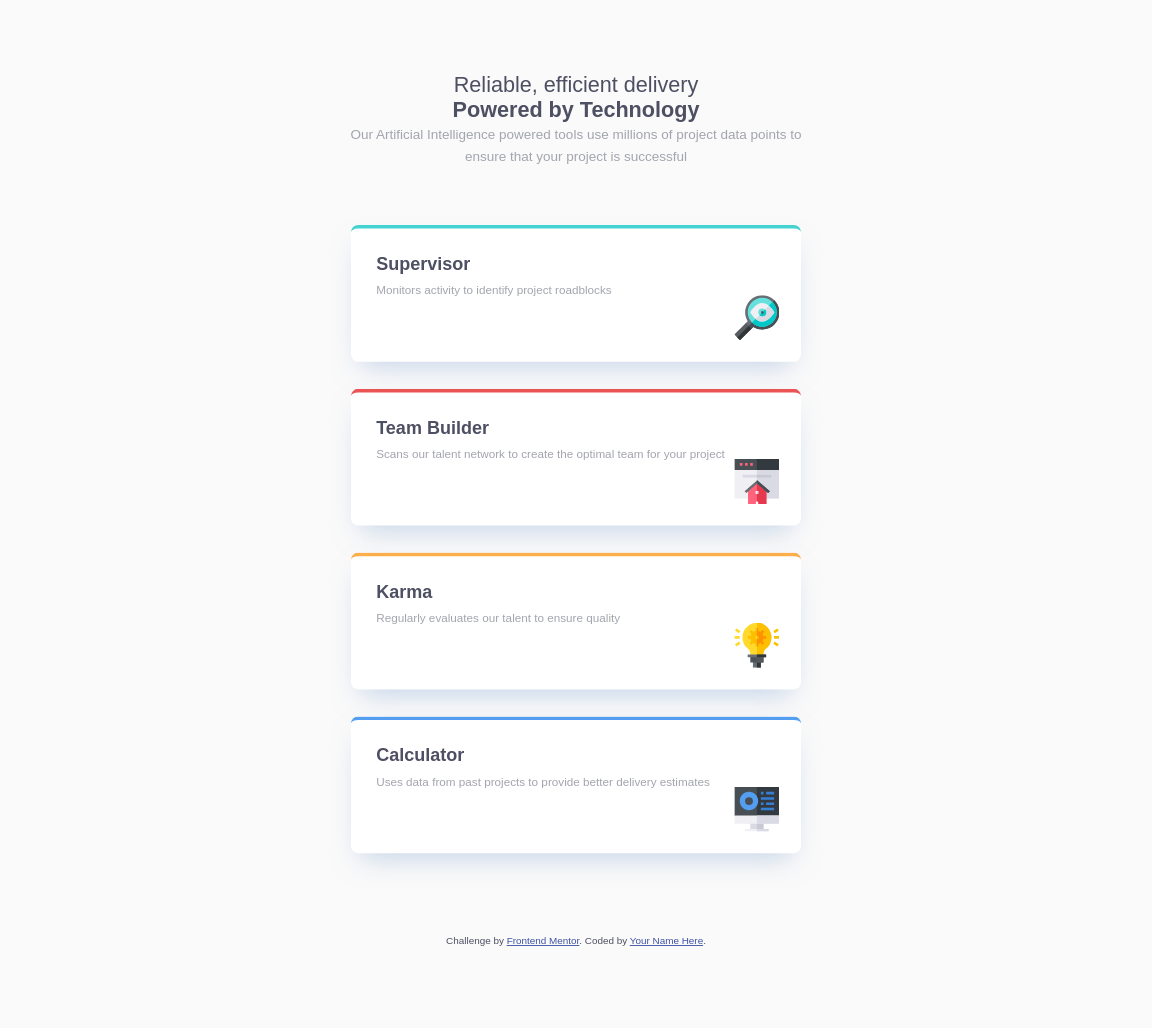
Repository: AngelaMwelu/four-card-page
Page: index.html
An editor plug-in stored every save of this project. The page is shown before and after the next save, followed by the edit.
The browser window is 1280 px wide. The pictures show the whole page, at 90% of full size.

Above is the page before, as saved 2025-05-23 09:10:58.

After the next save:
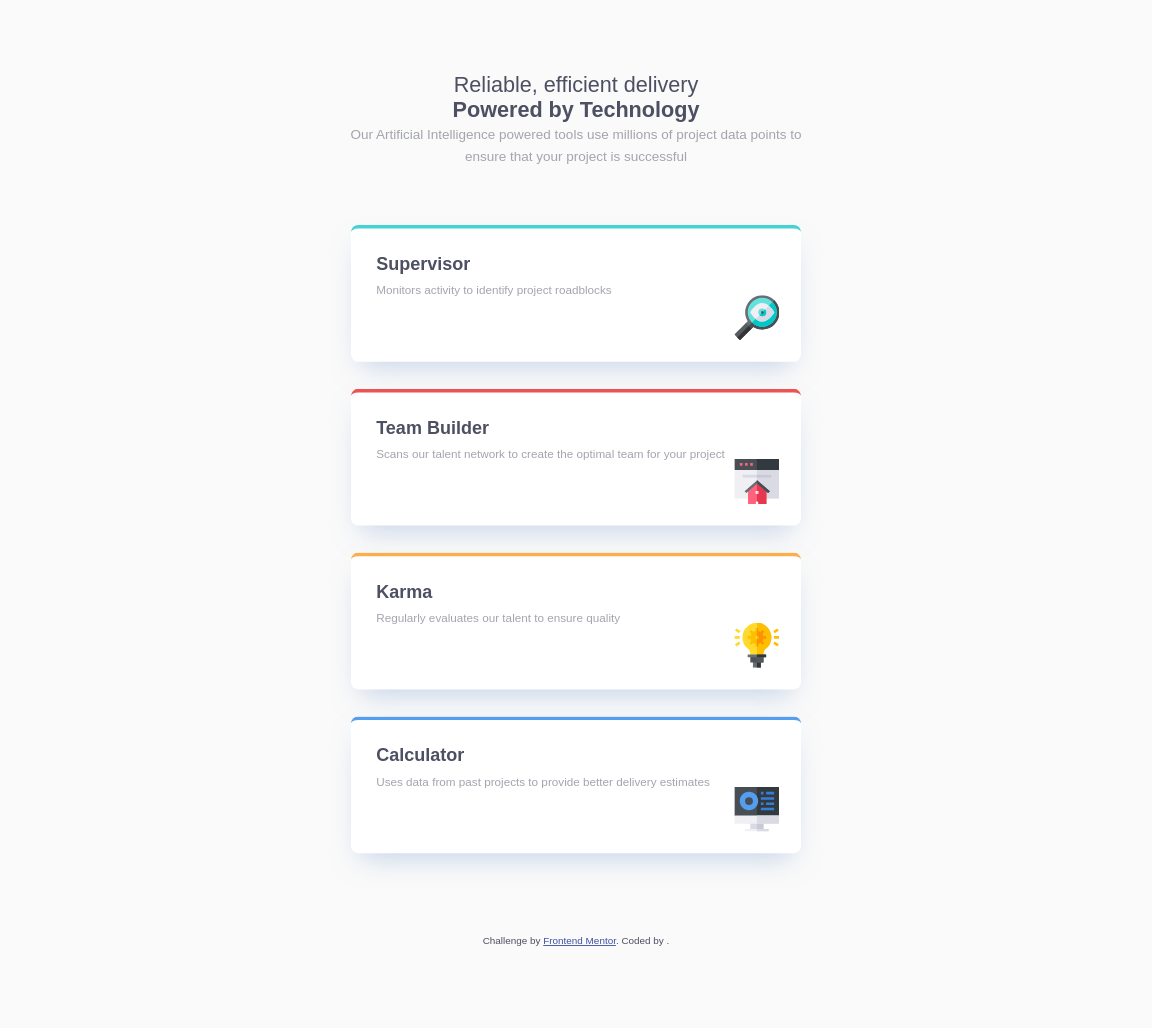
Saved 47 s later.
--- a/index.html
+++ b/index.html
@@ -47,7 +47,7 @@
   <footer>
     <p class="attribution">
       Challenge by <a href="https://www.frontendmentor.io?ref=challenge" target="_blank">Frontend Mentor</a>.
-      Coded by <a href="#">Your Name Here</a>.
+      Coded by <a href="#"></a>.
     </p>
   </footer>
 </body>
